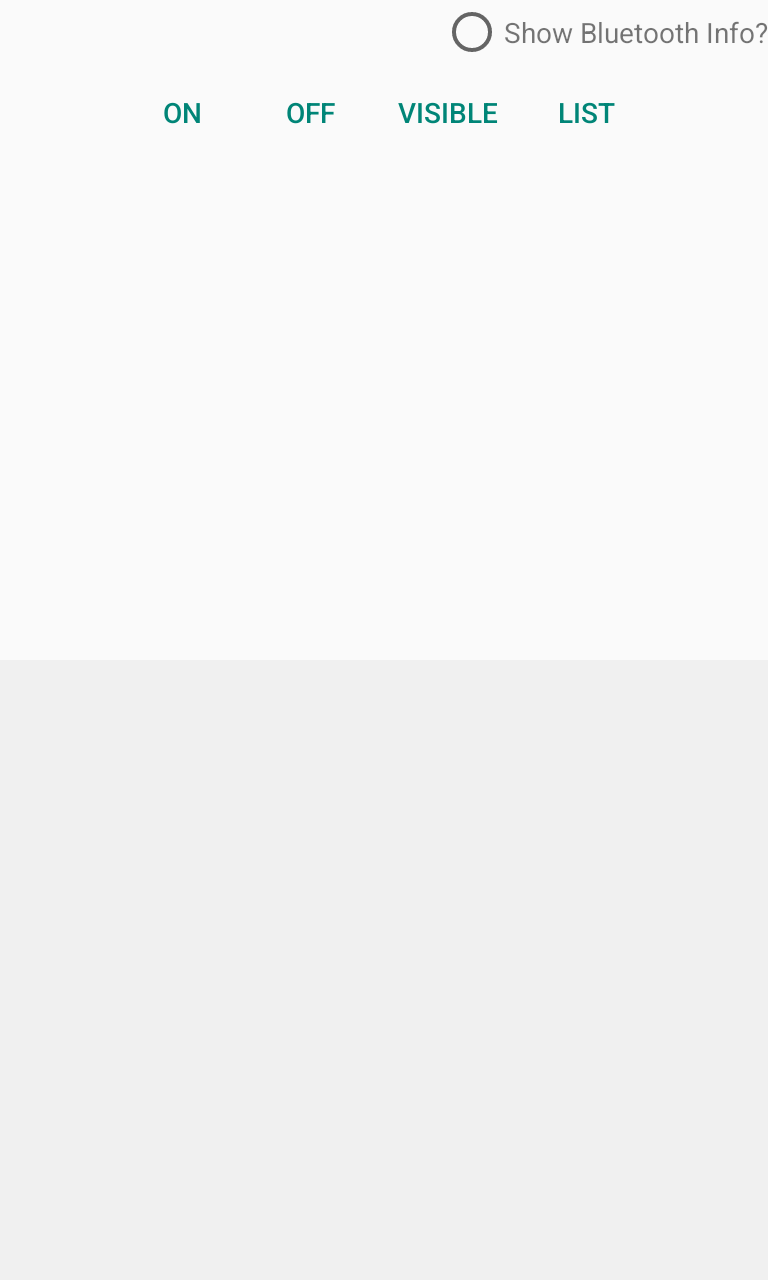
Repository: sdenom01/Anduino
Layout: Anduino/res/layout/activity_main.xml
An editor plug-in stored every save of this project. The layout is shown before and after the next save, followed by the edit.
It is drawn on a 768 x 1280 px phone screen (xhdpi) without system bars, with theme AppTheme; the app's code is not run. Lists and similar views that code fills are empty.

Above is the layout before, as saved 2014-07-08 21:36:11.

After the next save:
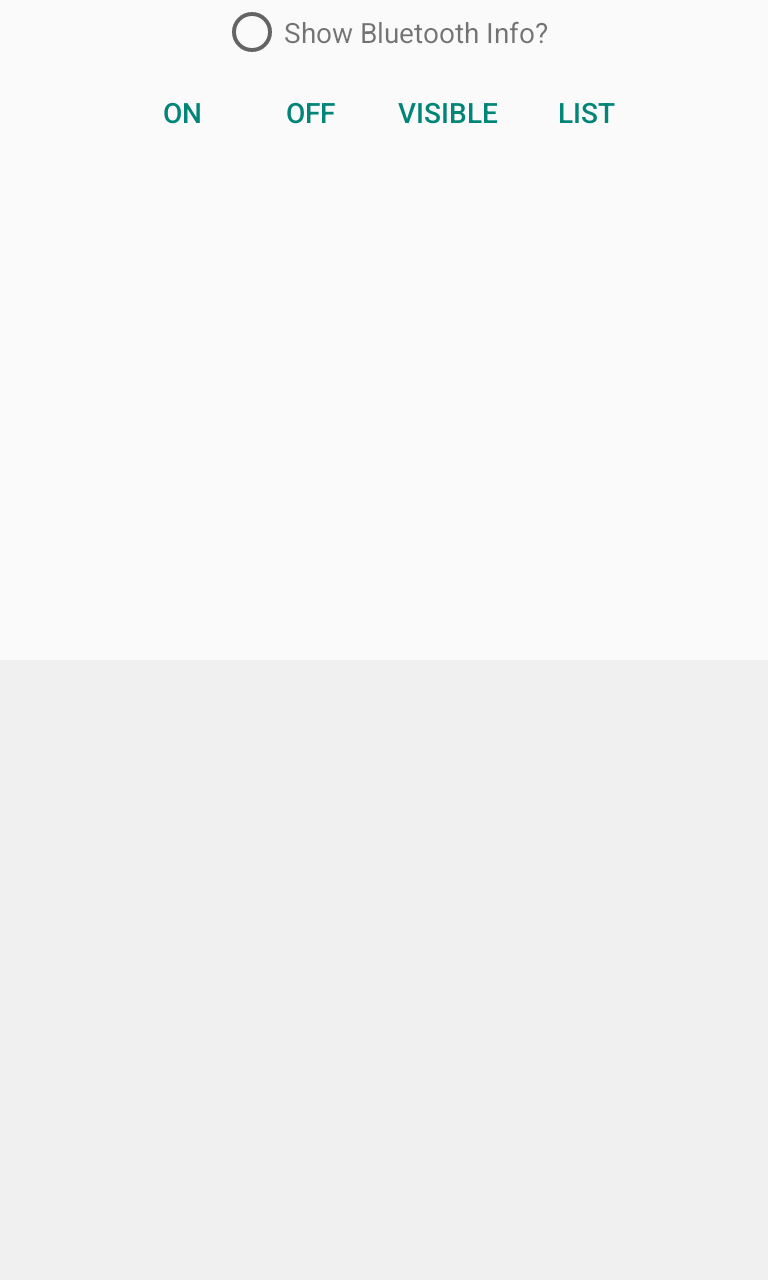
Saved 28 s later.
--- a/Anduino/res/layout/activity_main.xml
+++ b/Anduino/res/layout/activity_main.xml
@@ -9,7 +9,7 @@
         android:id="@+id/bluetoothToggleLayout"
         android:layout_width="match_parent"
         android:layout_height="wrap_content"
-        android:gravity="right"
+        android:gravity="center"
         android:orientation="horizontal" >
 
         <RadioButton
